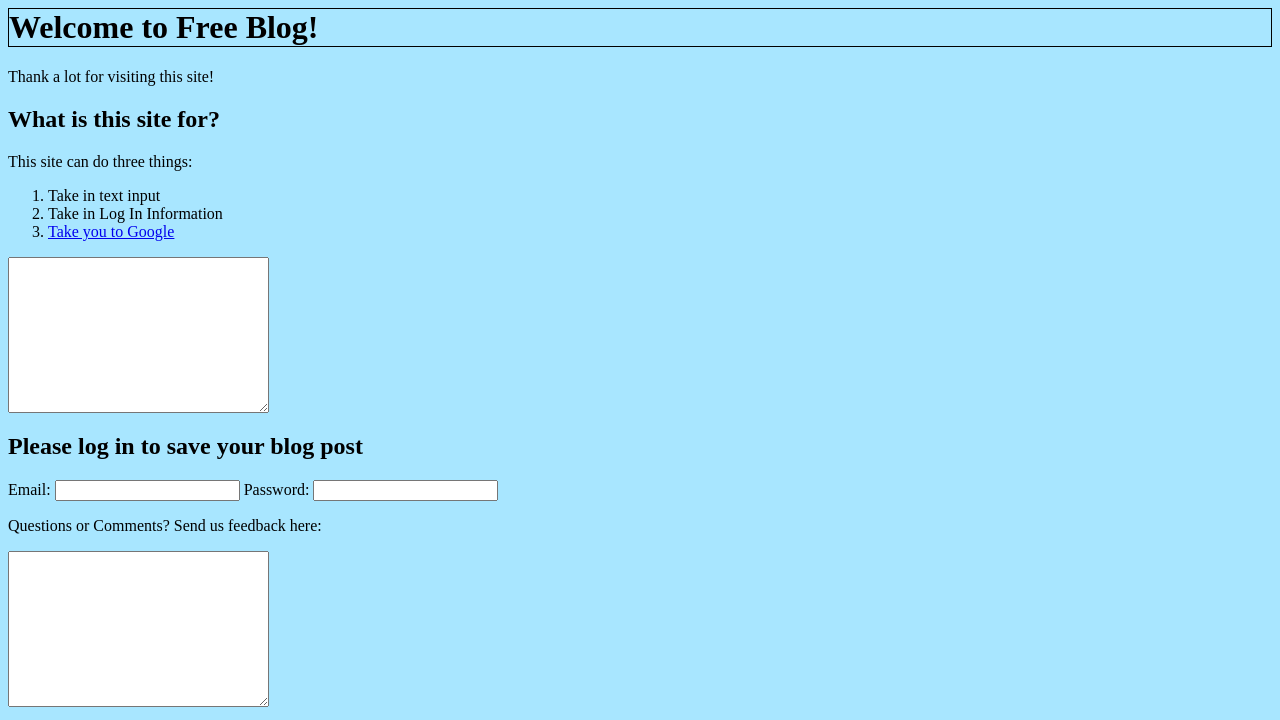
Repository: MonwarAdeeb/Bista_Solutions
Page: HTML & CSS/CSS/Level One/05. Assessment.html
An editor plug-in stored every save of this project. The page is shown before and after the next save, followed by the edit.
The browser window is 1280 px wide. The pictures show the whole page.

Above is the page before, as saved 2021-05-19 20:30:49.

### HTML & CSS/CSS/Level One/05. Assessment.html
<html lang="en">
<head>
    <meta charset="UTF-8">
    <meta http-equiv="X-UA-Compatible" content="IE=edge">
    <meta name="viewport" content="width=device-width, initial-scale=1.0">
    <title>Assessment</title>
    <link rel="stylesheet" href="05. Assessment.css">
</head>
<body>
    <h1>Welcome to Free Blog!</h1>

    <p>Thank a lot for visiting this site!</p>

    <h2>What is this site for?</h2>

    <p>This site can do three things:</p>

    <ol class="list">
        <li>Take in text input</li>
        <li>Take in Log In Information</li>
        <li><a href="www.google.com">Take you to Google</a></li>
    </ol>

    <textarea name="tbox" id="" cols="30" rows="10"></textarea>

    <h2>Please log in to save your blog post</h2>

    <label for="email">Email:</label>
    <input id="email" type="email" name="useremail">
    <label for="password">Password:</label>
    <input type="password" id="password" name="userpass">

    <div class="firstDiv">
        <p></p>
        <p>Questions or Comments? Send us feedback here:</p>
        <textarea id="feedback" cols="30" rows="10"></textarea>

    </div>

</body>
</html>

### HTML & CSS/CSS/Level One/05. Assessment.css
body {
  background-color: #a8e6ff;
}

h1{
    border: 1px solid black;
}

h2{

}

After the next save:
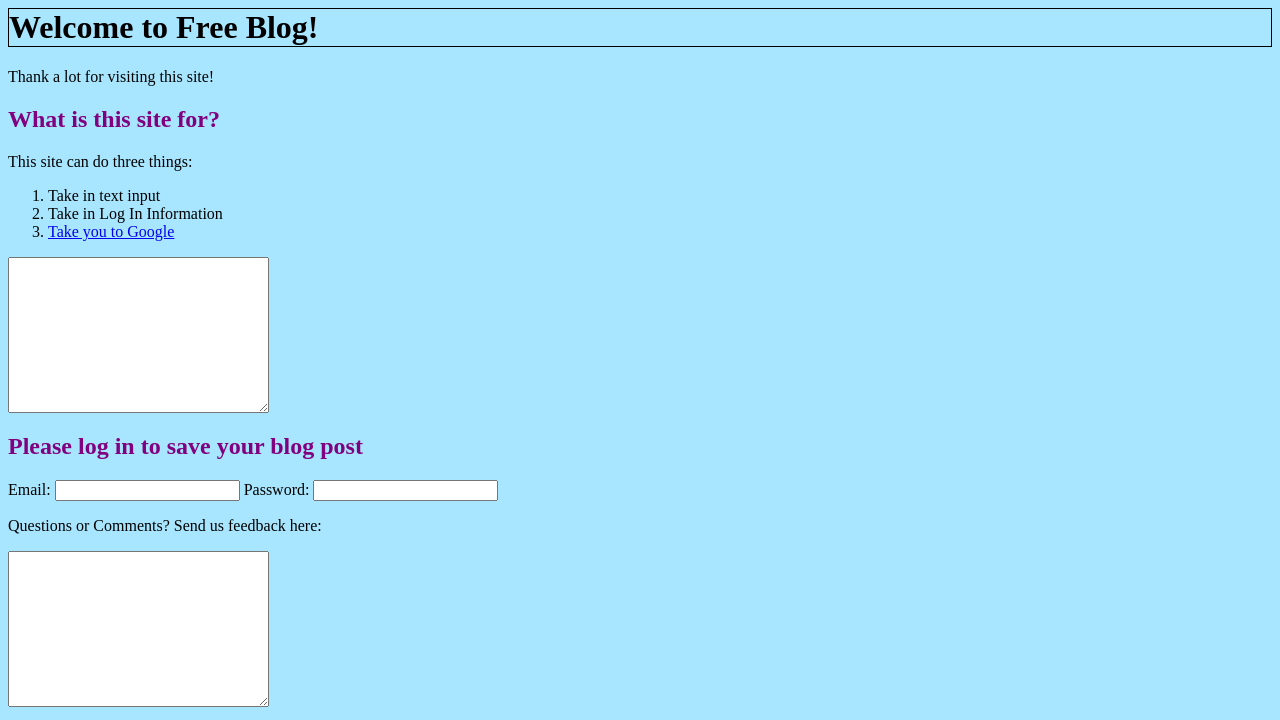
Saved 5 s later.
--- a/HTML & CSS/CSS/Level One/05. Assessment.css
+++ b/HTML & CSS/CSS/Level One/05. Assessment.css
@@ -7,5 +7,5 @@ h1{
 }
 
 h2{
-
+    color: purple;
 }
